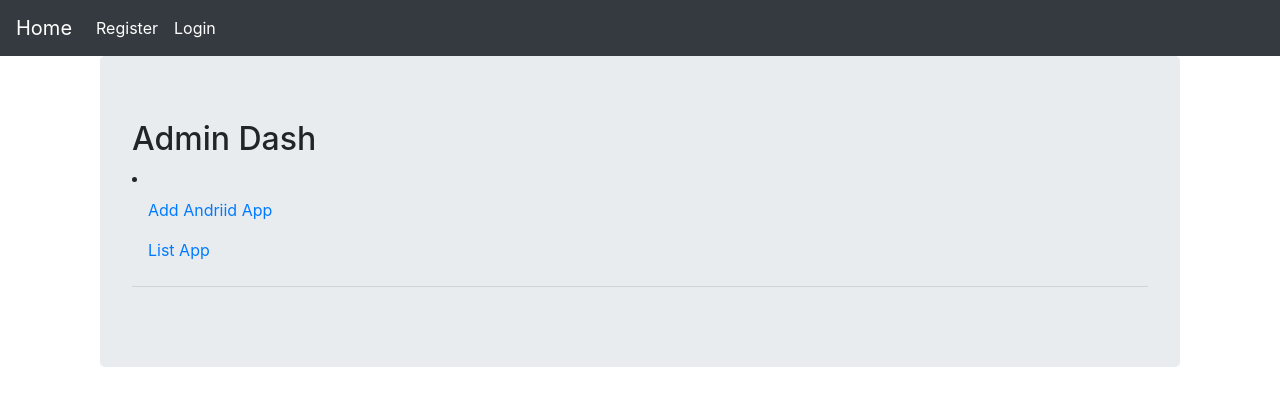
Repository: prabhat8701/nextgrowth_lab_task-main
Page: http://localhost/adminDash/
The author's editor kept a copy of each file at every save. The page is drawn from the files as they stood at one save, then again after the next save.
The browser window is 1280 px wide. The pictures show the whole page.
The page is served by the project's application, run on Django 4.2 (manage.py).

Above is the page before, as saved 2023-07-31 18:20:40.

After the next save:
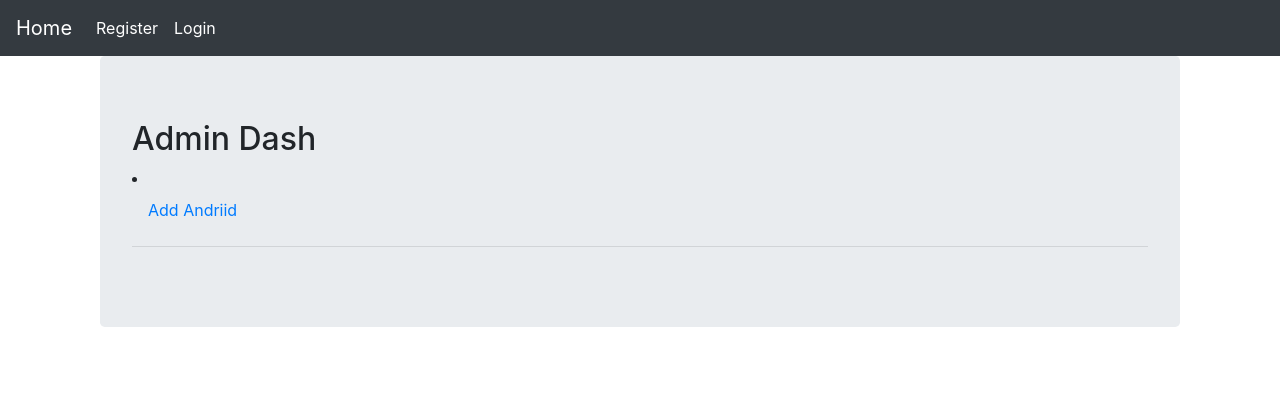
Saved 55 s later.
--- a/nextgrowAi/SET_2/next_project/templates/gradesApp/adminDash.html
+++ b/nextgrowAi/SET_2/next_project/templates/gradesApp/adminDash.html
@@ -5,8 +5,8 @@
     <div class="jumbotron">
         <h2>Admin Dash</h2>
         <li class="nav-item active">
-            <a class="nav-link" href="{% url 'add_android_app' %}">Add Andriid App</a>
-            <a class="nav-link" href="{% url 'app_list' %}">List App</a>
+            <a class="nav-link" href="{% url 'add_android_app' %}">Add Andriid</a>
+
         </li>
         <hr>
     </div>

After the 2 saves that followed:
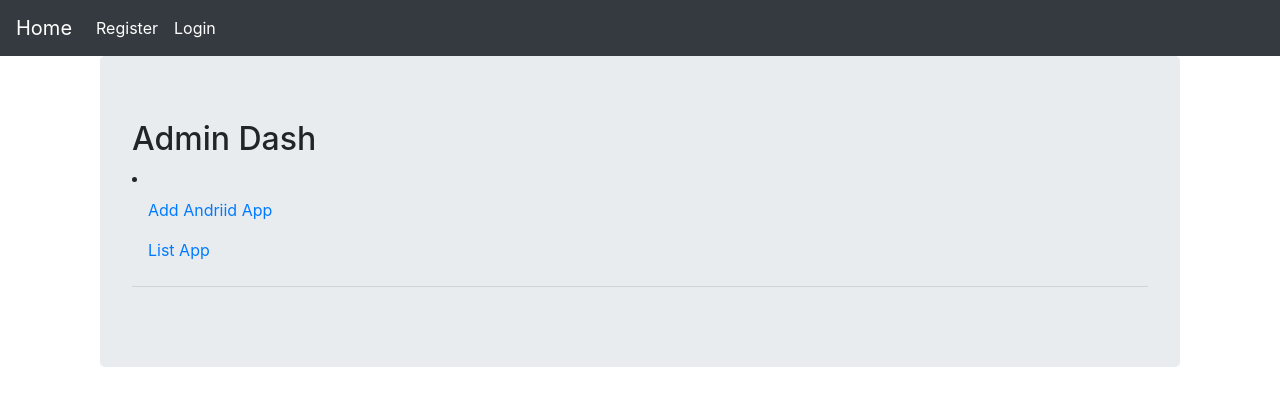
The 2 saves are shown as one change because they came seconds apart.
The last was saved 8 s later.
--- a/nextgrowAi/SET_2/next_project/templates/gradesApp/adminDash.html
+++ b/nextgrowAi/SET_2/next_project/templates/gradesApp/adminDash.html
@@ -5,8 +5,8 @@
     <div class="jumbotron">
         <h2>Admin Dash</h2>
         <li class="nav-item active">
-            <a class="nav-link" href="{% url 'add_android_app' %}">Add Andriid</a>
-
+            <a class="nav-link" href="{% url 'add_android_app' %}">Add Andriid App</a>
+            <a class="nav-link" href="{% url 'app_list' %}">List App</a>
         </li>
         <hr>
     </div>
